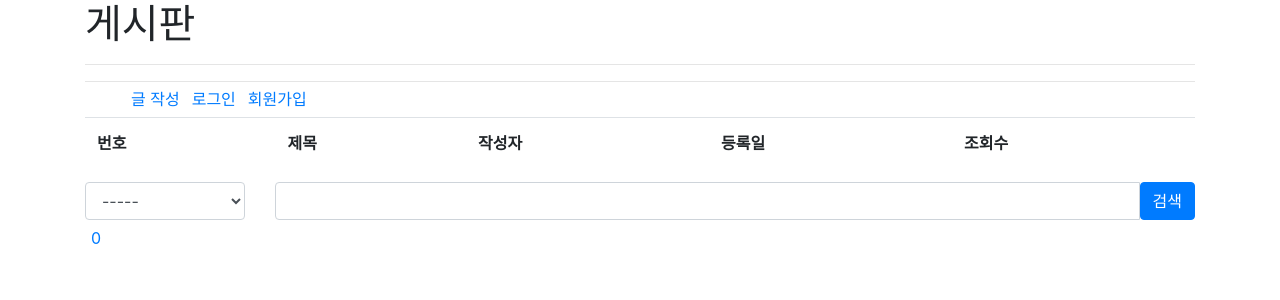
Repository: JungJiHoon0622/-
Page: http://localhost/NoticeBoard/WEB-INF/views/board/list.jsp
An editor plug-in stored every save of this project. The page is shown before and after the next save, followed by the edit.
The browser window is 1280 px wide. The pictures show the whole page.
Some web libraries are served in a nearby version. The page is served by Tomcat 9. Nobody is signed in. The template is opened directly, without the code that normally fills it, so the values that code supplies are empty.

Above is the page before, as saved 2022-08-24 09:19:56.

After the next save:
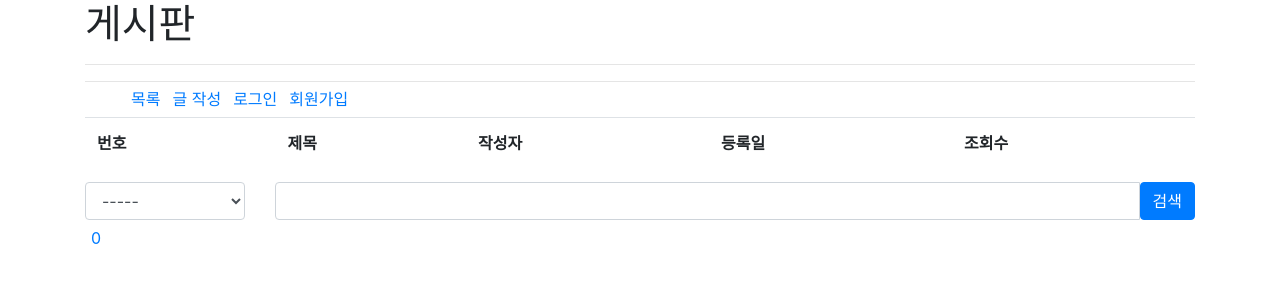
Saved 2 min 59 s later.
--- a/NoticeBoard/NoticeBoard/src/main/webapp/WEB-INF/views/board/nav.jsp
+++ b/NoticeBoard/NoticeBoard/src/main/webapp/WEB-INF/views/board/nav.jsp
@@ -4,6 +4,7 @@
 	li {list-style: none; display:inline; padding: 6px;}
 </style>
 <ul>
+	<li><a href="/board/list">목록</a></li>
 	<li><a href="/board/writeView">글 작성</a></li>
 	<li><c:if test="${member == null}"><a href="/">로그인</a></c:if></li>
 	<li><c:if test="${member == null}"><a href="/member/register">회원가입</a></c:if></li>
